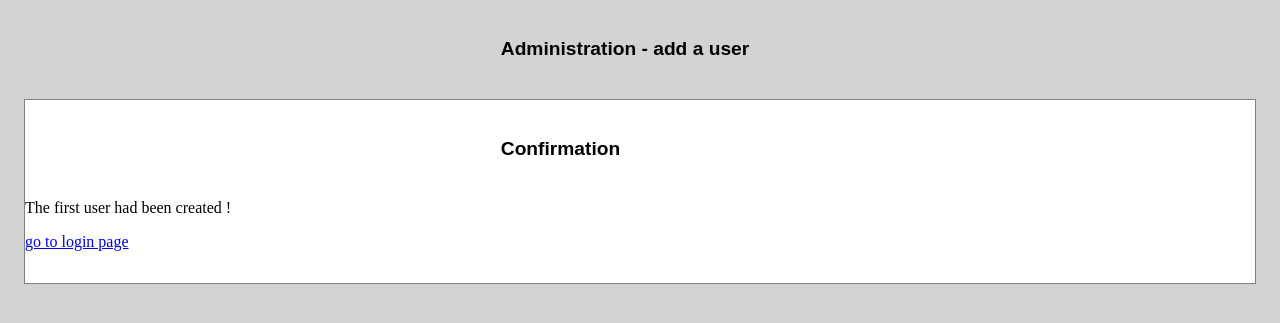
Repository: adrien2riviere/articles_application
Page: itemapp/itemapp/src/main/resources/templates/admin/admconf.html
These files come from the project's save history. The page is drawn as it stood at one moment and after the next save; the edit follows.
The browser window is 1280 px wide. The pictures show the whole page.

Above is the page before, as saved 2025-10-19 10:22:55.

After the next save:
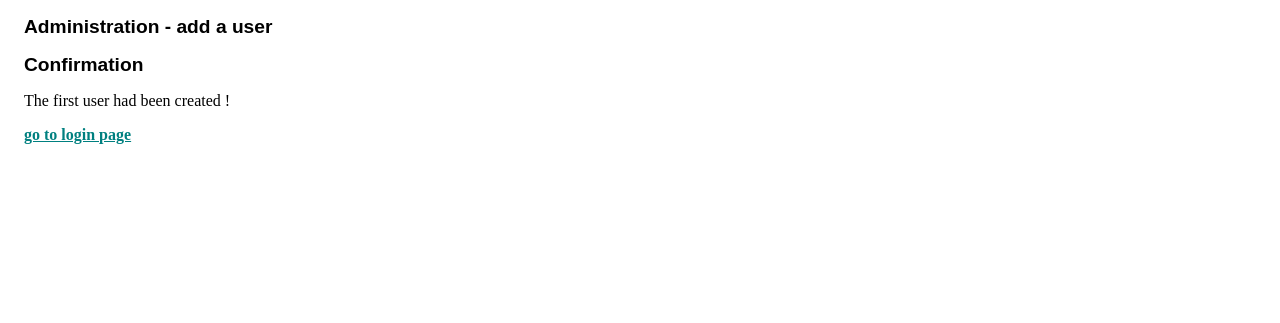
Saved 13 s later.
--- a/itemapp/itemapp/src/main/resources/static/css/admin/admconf.css
+++ b/itemapp/itemapp/src/main/resources/static/css/admin/admconf.css
@@ -1,29 +1,29 @@
 body {
-  background-color:lightgrey;
+  padding-inline-start:1em;
 }
 
 h2 {
 	font-family:Arial;
 	font-size: 1.2em;
-	width:14.5em;
-	margin:auto;
-	margin-top:2em;
-	margin-bottom:2em;
 }
 
 h3 {
 	font-size: 1.2em;
 	padding-left:0.6em;
 	width:14.5em;
+	background-color:#80ff80;
 	padding-top:0.4em;
 	padding-bottom:0.4em;
-	margin:auto;
-	margin-bottom:1em;
+}
+
+
+a {
+	color:#008080;
+	font-weight: bold;
 }
 
 form{
 	margin-top:1em;
-	text-align:center;
 }
 
 label{
@@ -48,27 +48,11 @@ select {
 	background-color:#e6e6e6;
 }
 
-#divform {
-	background-color:white;
-	padding-bottom:2em;
-	margin-top:2em;
-	margin-left:1em;
-	margin-right:1em;
-	border-style:solid;
-	border-color:grey;
-	border-width:thin;
-}
-
 #button{
 	margin-top:2em;
-	margin-right:0em;
+	margin-left:8.85em;
 	padding-top:0.4em;
 	padding-bottom:0.4em;
 	padding-left:2em;
 	padding-right:2em;
 }
-
-#error {
-	margin-top:2em;
-	text-align:center;
-}
